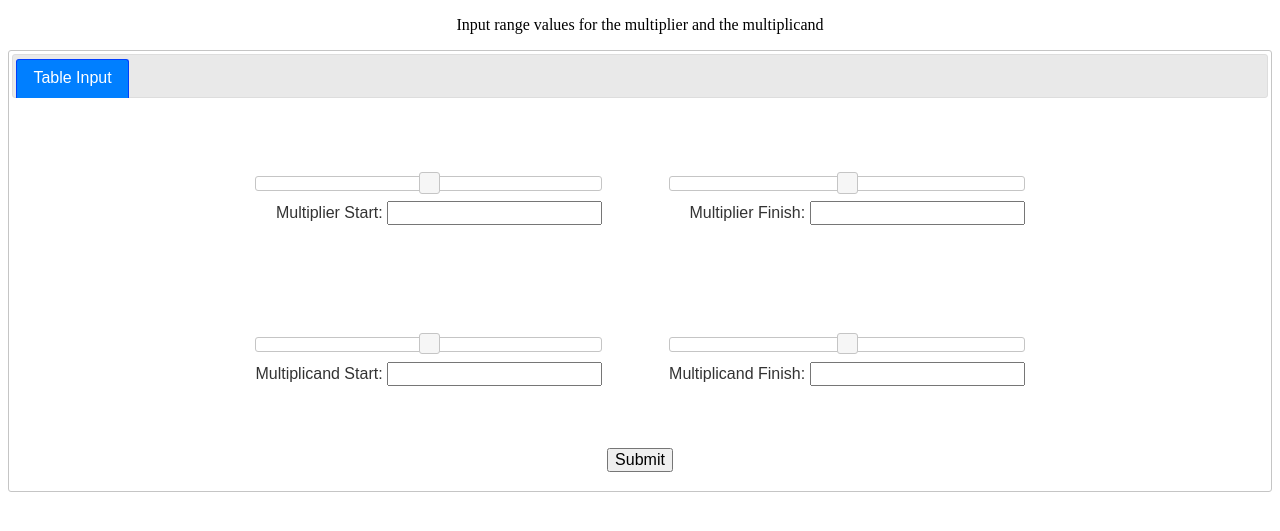
Repository: khrasna/HW4Part2
Page: index.html
The author's editor kept a copy of each file at every save. The page is drawn from the files as they stood at one save, then again after the next save.
The browser window is 1280 px wide. The pictures show the whole page.
Some web libraries are served in a nearby version.

Above is the page before, as saved 2021-11-15 16:26:29.

### index.html
<!-- HTML file for Assignment 3
By Karsten Hrasna  email Karsten_Hrasna@student.uml.edu-->
<!DOCTYPE html>
<html>

<head>
    <title>Multiplication Table</title>
    <link rel="stylesheet" href="style.css">
    <script type="text/javascript" src="https://ajax.googleapis.com/ajax/libs/jquery/3.5.1/jquery.min.js"></script>
    <script type="text/javascript" src="dist/jquery.validate.min.js"></script>
    <script type="text/javascript" src="formvalidate.js"></script>
    <script type="text/javascript"
        src="https://ajax.googleapis.com/ajax/libs/jqueryui/1.11.4/jquery-ui.min.js"></script>
    <link rel="stylesheet" href="https://ajax.googleapis.com/ajax/libs/jqueryui/1.11.4/themes/smoothness/jquery-ui.css">
</head>

<body>
    <p>Input range values for the multiplier and the multiplicand</p>
    <div id="tabs">
        <ul>
            <li><a href='#tab1'>Table Input</a></li>
        </ul>
        <div id="tab1">
            <!-- Learned from W3schools. Creates a form which takes number ranges for multiplier and multiplicand. -->


            <form id="FormInput" action="javascript:void(0);" method="get">
                <!--Learned about javascript:void(0) from Dutchie432 at https://stackoverflow.com/questions/1818249/form-with-no-action-and-where-enter-does-not-reload-page-->
                <table>
                    <tr>

                        <td class="pad">
                            <div id="slider-1"></div>
                            Multiplier Start: <input input="text" name="MultiplierStart">
                        </td>

                        <td>
                            <div id="slider-2"></div>
                            Multiplier Finish: <input type="text" name="MultiplierFinish">
                        </td>
                    </tr>
                    <tr>
                        <td class="pad">
                            <div id="slider-3"></div>
                            Multiplicand Start: <input type="text" name="MultiplicandStart">
                        </td>

                        <td>
                            <div id="slider-4"></div>
                            Multiplicand Finish: <input type="text" name="MultiplicandFinish">
                        </td>
                    </tr>
                </table>
                <input type="submit" value="Submit">
                <!--goes directly under form and processes the input to create a mult table-->
            </form>
        </div>
    </div>


</body>

</html>

### style.css
/*Created by Karsten Hrasna. email: Karsten_Hrasna@student.uml.edu*/
html,
body {
    height: 97%;
    text-align: center;
}

#slider-1,
#slider-2,
#slider-3,
#slider-4 {
    margin-bottom: 10px;
    margin-top: 10px;
}

div#tab1 {
    display: grid;
    grid-template-columns: 100%;
    /* top row of grid holds the form for input, the rest of page holds the multiplication table*/
    grid-template-rows: auto;
    height: 97%;

}

#multTable {
    margin: auto;
    border-collapse: separate;
    border-spacing: 0;
    /*the dynamically sized multiplication table */
    margin-top: 0px;
    border-bottom: 0px;

}

input[type=submit] {
    /* submit button under form spaced here */
    margin-top: 10px;
    margin-bottom: 0px;
}

#multTable td,
th {
    border: solid;
    border-color: black;
    min-width: 70px;
    font-size: 30px;
    height: 70px;
}


#multTable th {
    position: sticky;
    top: 0px;
    border-right: solid;
    border-right-color: white;
    border-bottom: solid;
    border-bottom-color: white;
    background-color: black;
    color: white;

}

#multTable th:first-child {
    position: sticky;
    top: 70px;
    left: 0;
}


.sticky {
    position: fixed;
    top: 0px;
    /* get the headers to stay fixed on mult table */
    width: 100%;
}

#multTable tr:first-child th:first-child {
    border: none;
    background-color: white;
}

#multTable p.inputError {
    margin: 0px;
}

form {
    grid-row: 1;
    margin-bottom: 0px;
}

table {
    margin-left: auto;
    margin-right: auto;
}

form td {
    text-align: right;
    justify-content: right;
    padding: 50px;

    /*line up the input form textboxes*/
}

form p {
    margin: 0px;
}

td.pad {
    padding-right: 15px;
}

### formvalidate.js
$(function () {
    $("#tabs").tabs();

    $("#slider-1").slider({
        min: -50,                       //initialize the four sliders to set the values of their respective input boxes
        max: 50,
        slide: function (event, ui) {
            $('input[name="MultiplierStart"]').val(ui.value);
        }
    });
    $("#slider-2").slider({
        min: -50,
        max: 50,
        slide: function (event, ui) {
            $('input[name="MultiplierFinish"]').val(ui.value);
        }
    });
    $("#slider-3").slider({
        min: -50,
        max: 50,
        slide: function (event, ui) {
            $('input[name="MultiplicandStart"]').val(ui.value);
        }
    });
    $("#slider-4").slider({
        min: -50,
        max: 50,
        slide: function (event, ui) {
            $('input[name="MultiplicandFinish"]').val(ui.value);
        }
    });

    $('input[name="MultiplierStart"]').on('keyup', function () { //if the input boxes values are changed, set the slider to that value
        $("#slider-1").slider("option", "value", $('input[name="MultiplierStart"]').val());
    });

    $('input[name="MultiplierFinish"]').on('keyup', function () {
        $("#slider-2").slider("option", "value", $('input[name="MultiplierFinish"]').val());
    });

    $('input[name="MultiplicandStart"]').on('keyup', function () {
        $("#slider-3").slider("option", "value", $('input[name="MultiplicandStart"]').val());
    });

    $('input[name="MultiplicandFinish"]').on('keyup', function () {
        $("#slider-4").slider("option", "value", $('input[name="MultiplicandFinish"]').val());
    });


    $.validator.addMethod("less", function (value, element, params) {
        if (params[0].value == "") {
            return true; // dont want it to say that the start has to be greater than finish if no finish given. instead it will say to give finish value in other error
        } else {
            return this.optional(element) || +value <= +params[0].value;

        } //checks to make sure that the starts are less than the finishes, learned from
    });                                                           // https://jqueryvalidation.org/jQuery.validator.addMethod/

    var valid = $('input[value="Submit"]').on("click", function () {
        $("#multTable").remove();

        $("#FormInput").validate({
            onkeyup: false,     //this makes it so the validator doesnt update the error messages whenever new input is typed. only validates when submit is hit.
            onfocusout: false,  //learned about onkeyup, and onfocusout at https://www.sitepoint.com/jquery-validation-validate-form-submit/
            rules: {
                MultiplierStart: {
                    digits: true,
                    less: $('input[name="MultiplierFinish"]'),
                    required: true,
                    range: [-50, 50]
                },
                MultiplierFinish: {
                    required: true,
                    digits: true,
                    range: [-50, 50]
                },

                MultiplicandStart: {
                    digits: true,
                    less: $('input[name="MultiplicandFinish"]'),
                    required: true,
                    range: [-50, 50]
                },

                MultiplicandFinish: {
                    digits: true,
                    required: true,
                    range: [-50, 50]
                }
            },

            messages: {
                MultiplierStart: {
                    digits: "Multiplier Start must be a digit",
                    required: "Multiplier Start must be a digit between -50 and 50",
                    range: "The range of Multiplier Start must stay within -50 and 50",
                    less: "The value of Multiplier Start must be less than or equal to Multiplier Finish."
                },

                MultiplierFinish: {
                    digits: "Multiplier Finish must be a digit",
                    required: "Multiplier Finish must be a digit between -50 and 50",
                    range: "The range of Multiplier Finish must stay within -50 and 50",
                },

                MultiplicandStart: {
                    digits: "Multiplicand Start must be a digit",
                    required: "Multiplicand Start must be a digit between -50 and 50",
                    range: "The range of Multiplicand Start must stay within -50 and 50",
                    less: "The value of Multiplicand Start must be less than or equal to Multiplicand Finish."
                },

                MultiplicandFinish: {
                    digits: "Multiplicand Finish must be a digit",
                    required: "Multiplicand Finish must be a digit between -50 and 50",
                    range: "The range of Multiplicand Finish must stay within -50 and 50",
                }
            },

            errorPlacement: function (error, element) {
                $(error).appendTo($(('#FormInput')));
            },
            errorElement: "p"

        });

        if ($("#FormInput").valid()) {
            process();
        }

    });

});

function process() {
    debugger;
    var multStart = $('input[name="MultiplierStart"]').val();
    var multFinish = $('input[name="MultiplierFinish"]').val();
    var multiplicandStart = $('input[name="MultiplicandStart"]').val();
    var multiplicandFinish = $('input[name="MultiplicandFinish"]').val();

    if (document.getElementById("multTable")) { //remove old table
            var old = document.getElementById("multTable");
            old.remove();
    };

     //clear old table and create a table with size based on input given
    const rowVals = [];
    const colVals = []; //these will hold the values of the multiplier and multiplicand
    var rows = multFinish - multStart;
    var cols = multiplicandFinish - multiplicandStart;
    var tabs = $("#tabs ul li").length + 1; //number of tabs, learned from https://stackoverflow.com/questions/14702631/in-jquery-ui-1-9-how-do-you-create-new-tabs-dynamically
    for (var i = 0; i <= cols; i++) {
        colVals[i] = (+multiplicandStart + +i); //save the values of the numbers being multiplied
    }
    for (var i = 0; i <= rows; i++) {
        rowVals[i] = (+multStart + +i);
    }
    var table = createTable(rows, cols, rowVals, colVals); //create table based on total rows and cols, and top and left are the sets of multipliers and multiplicands
    table.id = "multTable";
    //adds list item to tab list with parameters as title
    $("#tabs ul").append("<li><a href='#tab" + tabs + "'>" + multStart + " " + multFinish + " " + multiplicandStart + " " + multiplicandFinish + "</a></li>");
    $("#tabs").append("<div id='tab" + tabs + "'>" + multStart + " " + multFinish + " " + multiplicandStart + " " + multiplicandFinish + "</div>");
    $("#tab" + tabs).appendTo(table);
    $("#tabs").tabs("refresh");

}

function createTable(rows, cols, rowVals, colVals) {
    var t = document.createElement('table');
    for (var x = 0; x <= rows + 1; x++) { // rows and cols + 1 to indicate ranges of numbers
        var r = document.createElement('tr');
        t.appendChild(r);
        for (var y = 0; y <= cols + 1; y++) {   //creates the cols of the table row by row
            if (y == 0) {
                var c = document.createElement('th'); //create and insert element based on position in table
                c.id = "topHeader";
                if (x != 0) {
                    c.innerHTML = rowVals[x - 1]; // - 1 because it is moved over 1 to the right
                }
            } else if (x == 0) {
                var c = document.createElement('th');
                if (y != 0) {
                    c.innerHTML = colVals[y - 1];
                }
            } else {
                var c = document.createElement('td');
                c.innerHTML = rowVals[x - 1] * colVals[y - 1];
                if (((y % 2) + (x % 2)) == 0 || ((y % 2) + (x % 2)) == 2) { // checker board effect
                    c.style.backgroundColor = "gray";
                }
            }
            r.appendChild(c);
        }
    }
    return t;
}

Loaded but not shown: dist/jquery.validate.min.js (library)

After the next save:
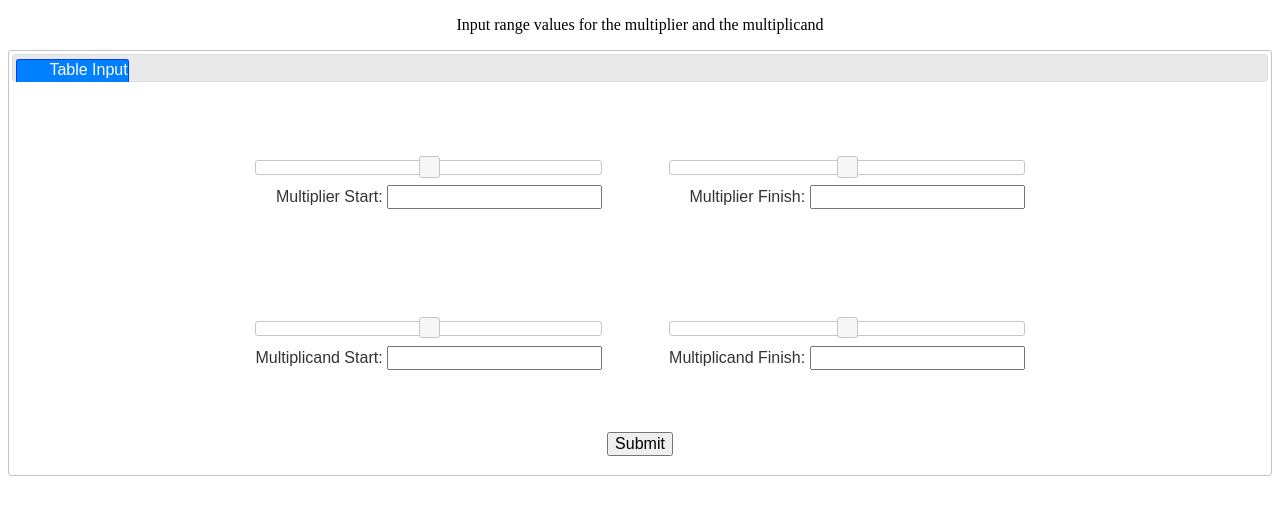
Saved 17 s later.
--- a/index.html
+++ b/index.html
@@ -18,7 +18,7 @@ By Karsten Hrasna  email Karsten_Hrasna@student.uml.edu-->
     <p>Input range values for the multiplier and the multiplicand</p>
     <div id="tabs">
         <ul>
-            <li><a href='#tab1'>Table Input</a></li>
+            <li><a href='#tab1'></a>Table Input</li>
         </ul>
         <div id="tab1">
             <!-- Learned from W3schools. Creates a form which takes number ranges for multiplier and multiplicand. -->

After the save that followed:
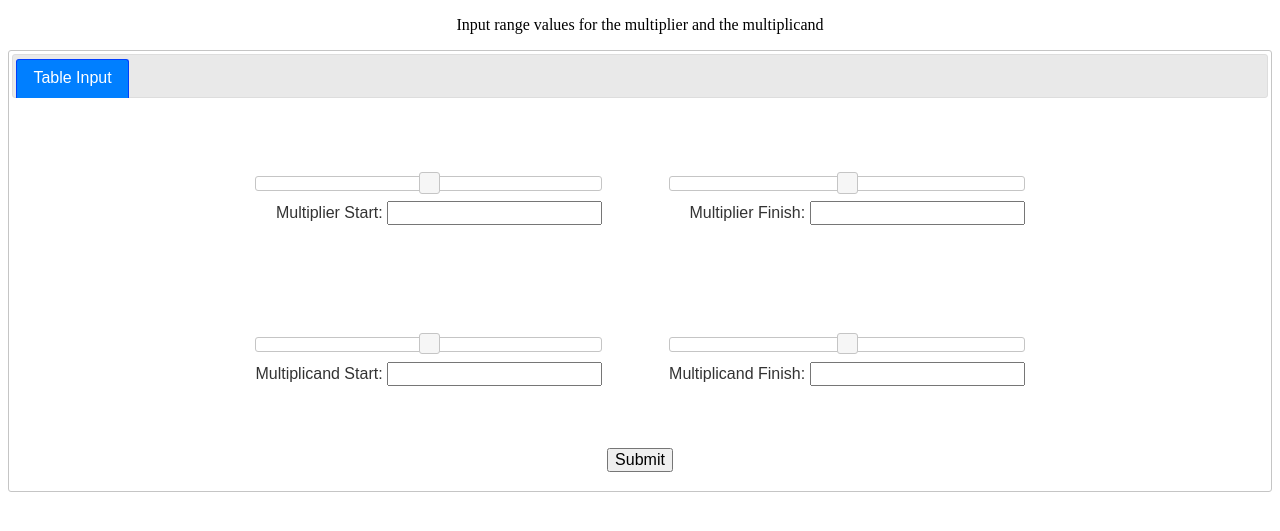
Saved 25 s later.
--- a/index.html
+++ b/index.html
@@ -18,7 +18,7 @@ By Karsten Hrasna  email Karsten_Hrasna@student.uml.edu-->
     <p>Input range values for the multiplier and the multiplicand</p>
     <div id="tabs">
         <ul>
-            <li><a href='#tab1'></a>Table Input</li>
+            <li><a href='#tab1'>Table Input</a></li>
         </ul>
         <div id="tab1">
             <!-- Learned from W3schools. Creates a form which takes number ranges for multiplier and multiplicand. -->
